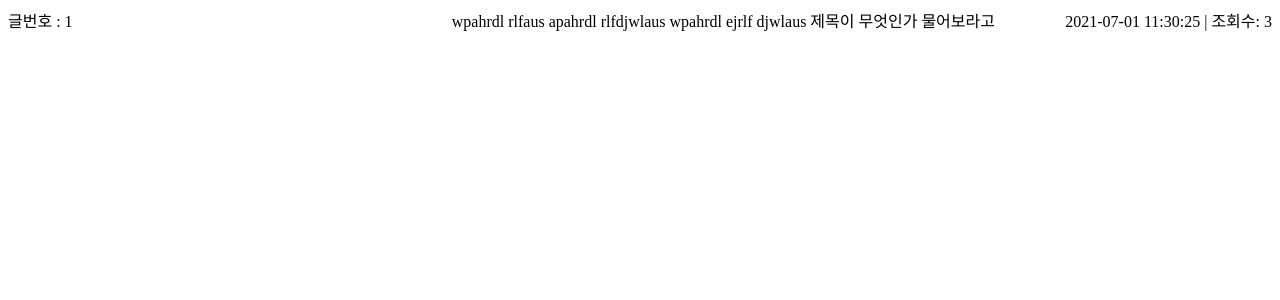
Repository: nywogud/promoPoli
Page: http://localhost/poli/WEB-INF/views/mentoPage.jsp
The author's editor kept a copy of each file at every save. The page is drawn from the files as they stood at one save, then again after the next save.
The browser window is 1280 px wide. The pictures show the whole page.
The page is served by Tomcat 9. Nobody is signed in. Other server files are loaded and not shown. The template is opened directly, without the code that normally fills it, so the values that code supplies are empty.

Above is the page before, as saved 2021-07-01 01:31:56.

### workspace/poli/src/main/webapp/WEB-INF/views/mentoPage.jsp
<%@ page language="java" contentType="text/html; charset=UTF-8"
	pageEncoding="UTF-8"%>
<%@ taglib uri="http://java.sun.com/jsp/jstl/core" prefix="c"%>
<%@ page session="false"%>
<html>
<head>
<title>mentor Page</title>
</head>
<body>
	<div>
		<label style="float: left;">글번호 : 1</label>
		<label style="float: left; position: relative; left: 30%;">wpahrdl rlfaus apahrdl rlfdjwlaus wpahrdl ejrlf djwlaus 제목이 무엇인가 물어보라고</label>
		<label style="float: right">2021-07-01 11:30:25 | 조회수: 3</label>
	</div>
</body>
</html>

After the next save:
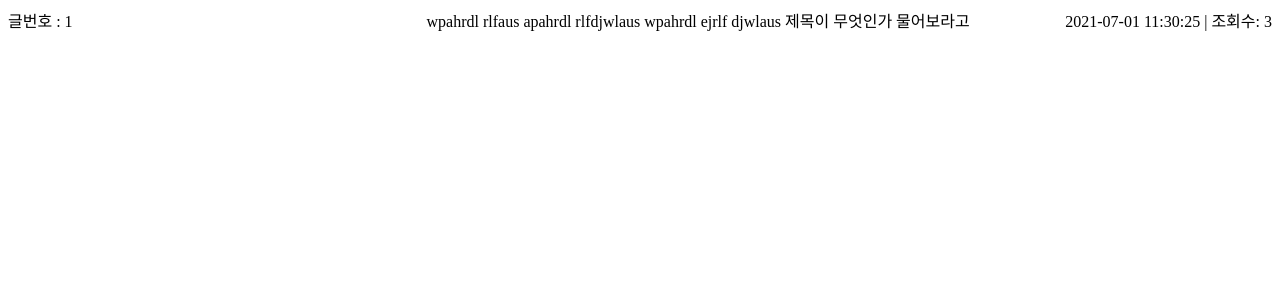
Saved 15 s later.
--- a/workspace/poli/src/main/webapp/WEB-INF/views/mentoPage.jsp
+++ b/workspace/poli/src/main/webapp/WEB-INF/views/mentoPage.jsp
@@ -9,7 +9,7 @@
 <body>
 	<div>
 		<label style="float: left;">글번호 : 1</label>
-		<label style="float: left; position: relative; left: 30%;">wpahrdl rlfaus apahrdl rlfdjwlaus wpahrdl ejrlf djwlaus 제목이 무엇인가 물어보라고</label>
+		<label style="float: left; position: relative; left: 28%;">wpahrdl rlfaus apahrdl rlfdjwlaus wpahrdl ejrlf djwlaus 제목이 무엇인가 물어보라고</label>
 		<label style="float: right">2021-07-01 11:30:25 | 조회수: 3</label>
 	</div>
 </body>
